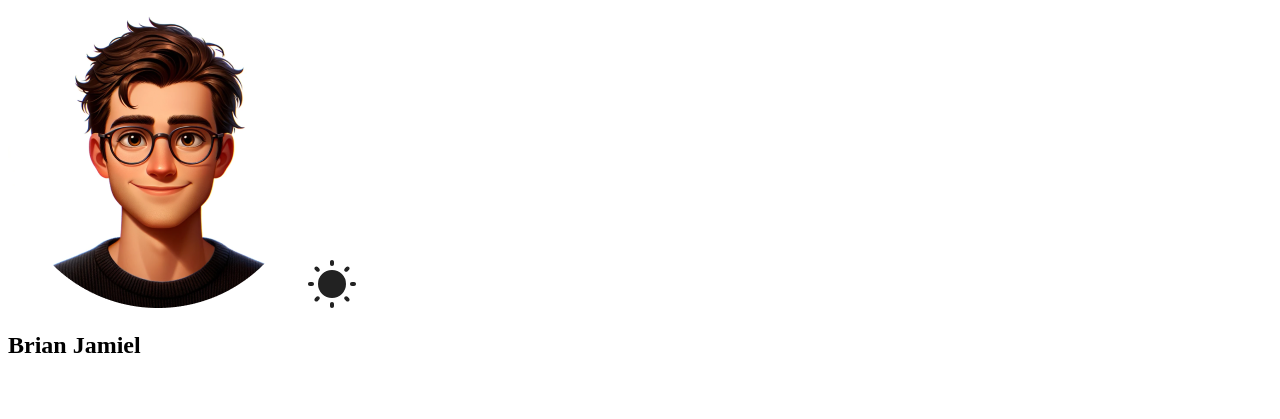
Repository: 61ZM07H36R3ML1N/Projects
Page: / (app in Portfolio/)
These files come from the project's save history. The page is drawn as it stood at one moment and after the next save; the edit follows.
The browser window is 1280 px wide. The pictures show the whole page.
The project was rebuilt for these pictures with package versions that can differ from the ones it lists, and the page was loaded fresh each time. Also part of the build but not shown: Portfolio/vite.config.js, Portfolio/src/App.css, Portfolio/src/sections/Hero/HeroStyles.module.css, Portfolio/src/index.css.

Above is the page before, as saved 2024-08-28 10:18:38.

After the next save:
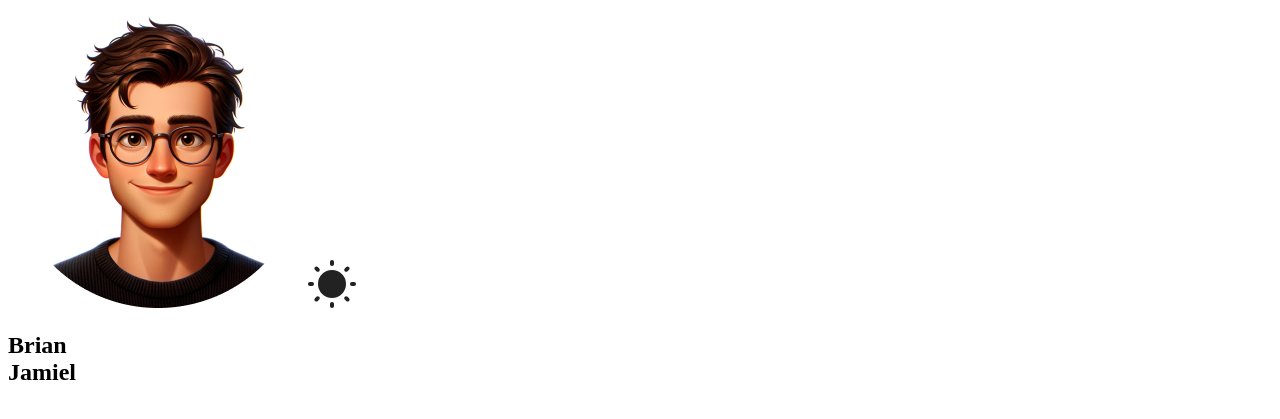
Saved 55 s later.
--- a/Portfolio/src/sections/Hero/Hero.jsx
+++ b/Portfolio/src/sections/Hero/Hero.jsx
@@ -18,7 +18,11 @@ function Hero() {
         />
       </div>
       <div className={styles.info}>
-        <h1>Brian Jamiel</h1>
+        <h1>
+          Brian
+          <br />
+          Jamiel
+        </h1>
       </div>
     </section>
   );
